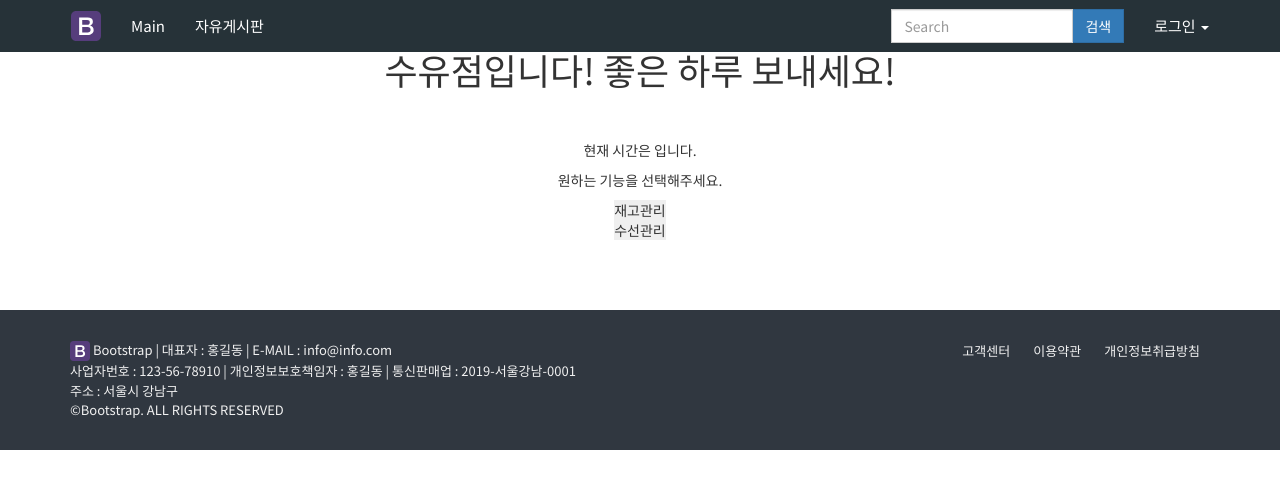
Repository: RattenLegs/Project_Inventory
Page: http://localhost/Project_Inventory/WEB-INF/views/home.jsp
The author's editor kept a copy of each file at every save. The page is drawn from the files as they stood at one save, then again after the next save.
The browser window is 1280 px wide. The pictures show the whole page.
Some web libraries are served in a nearby version. The page is served by Tomcat 9. Nobody is signed in. The template is opened directly, without the code that normally fills it, so the values that code supplies are empty.

Above is the page before, as saved 2022-11-30 11:11:28.

After the next save:
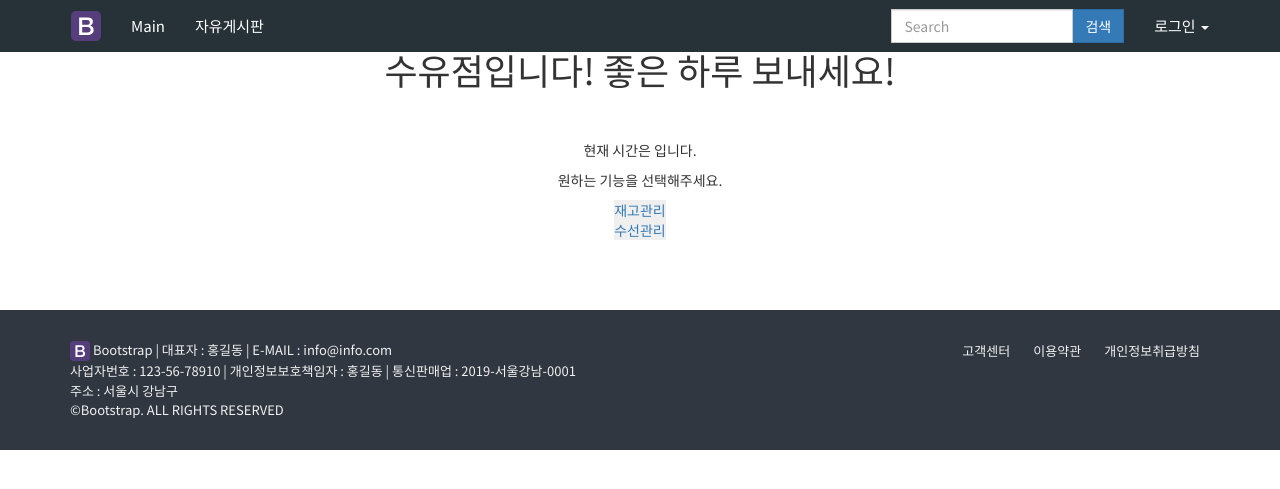
Saved 61 s later.
--- a/Project_Inventory/src/main/webapp/WEB-INF/views/home.jsp
+++ b/Project_Inventory/src/main/webapp/WEB-INF/views/home.jsp
@@ -21,7 +21,7 @@
 		<div style="text-align: center">
 			<P>현재 시간은 ${serverTime} 입니다.</P>
 			<p>원하는 기능을 선택해주세요.</p>
-			<button>재고관리</button>
+			<button><a href="<c:url value='/freeboard/freeList' />">재고관리</button>
 			<p>
 			<button>수선관리</button>
 		</div>

After the save that followed:
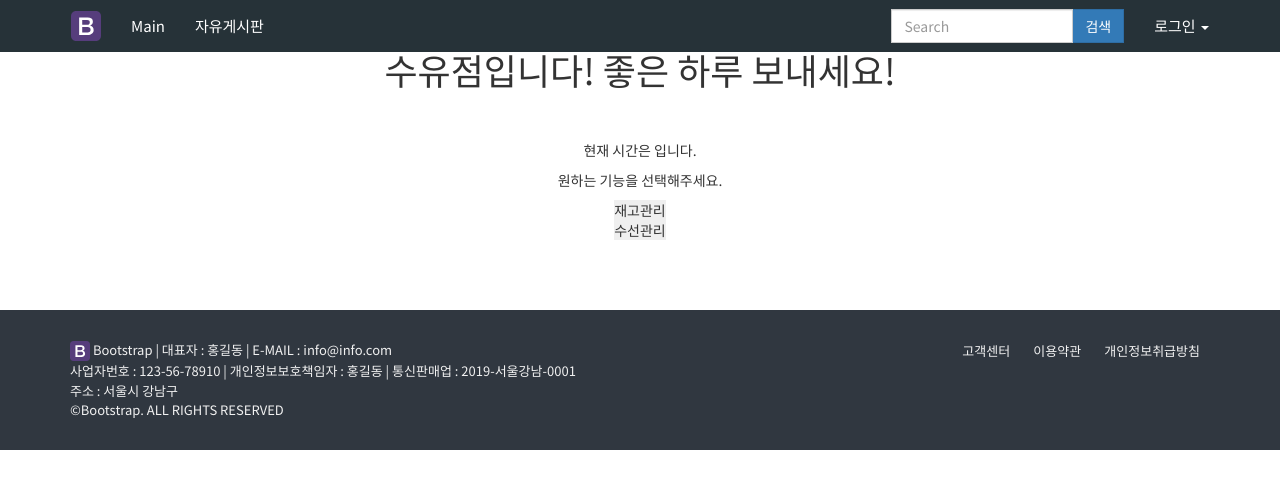
Saved 31 s later.
--- a/Project_Inventory/src/main/webapp/WEB-INF/views/home.jsp
+++ b/Project_Inventory/src/main/webapp/WEB-INF/views/home.jsp
@@ -21,7 +21,7 @@
 		<div style="text-align: center">
 			<P>현재 시간은 ${serverTime} 입니다.</P>
 			<p>원하는 기능을 선택해주세요.</p>
-			<button><a href="<c:url value='/freeboard/freeList' />">재고관리</button>
+			<button><onclick="location.href='inStockNow.html'">재고관리</button>
 			<p>
 			<button>수선관리</button>
 		</div>
